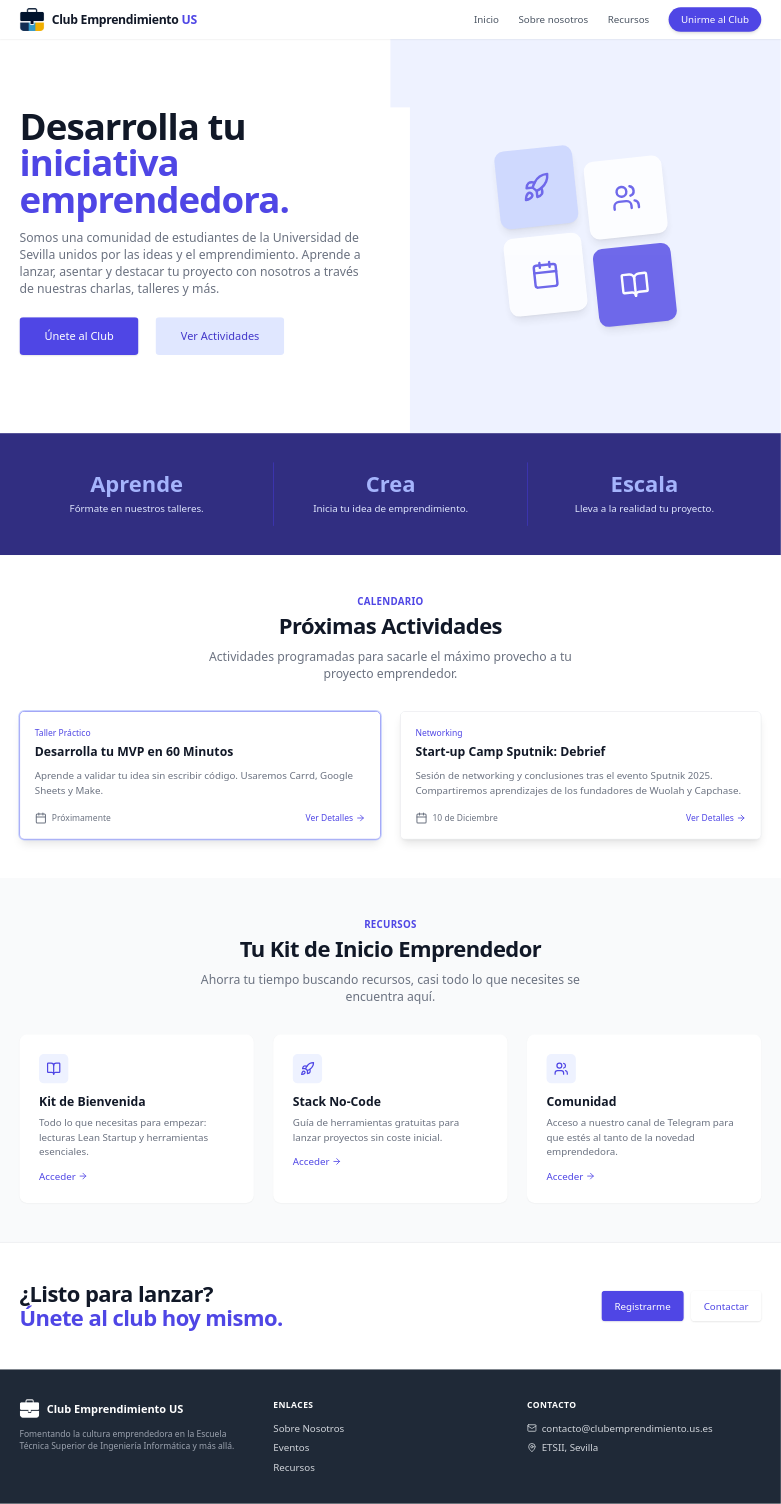
Repository: enerombar/club-emprendimiento-web
Page: /
These files come from the project's save history. The page is drawn as it stood at one moment and after the next save; the edit follows.
The browser window is 1280 px wide. The pictures show the whole page, at 61% of full size.
The project was rebuilt for these pictures with package versions that can differ from the ones it lists, and the page was loaded fresh each time. Also part of the build but not shown: vite.config.js.

Above is the page before, as saved 2025-12-08 00:30:35.

After the next save:
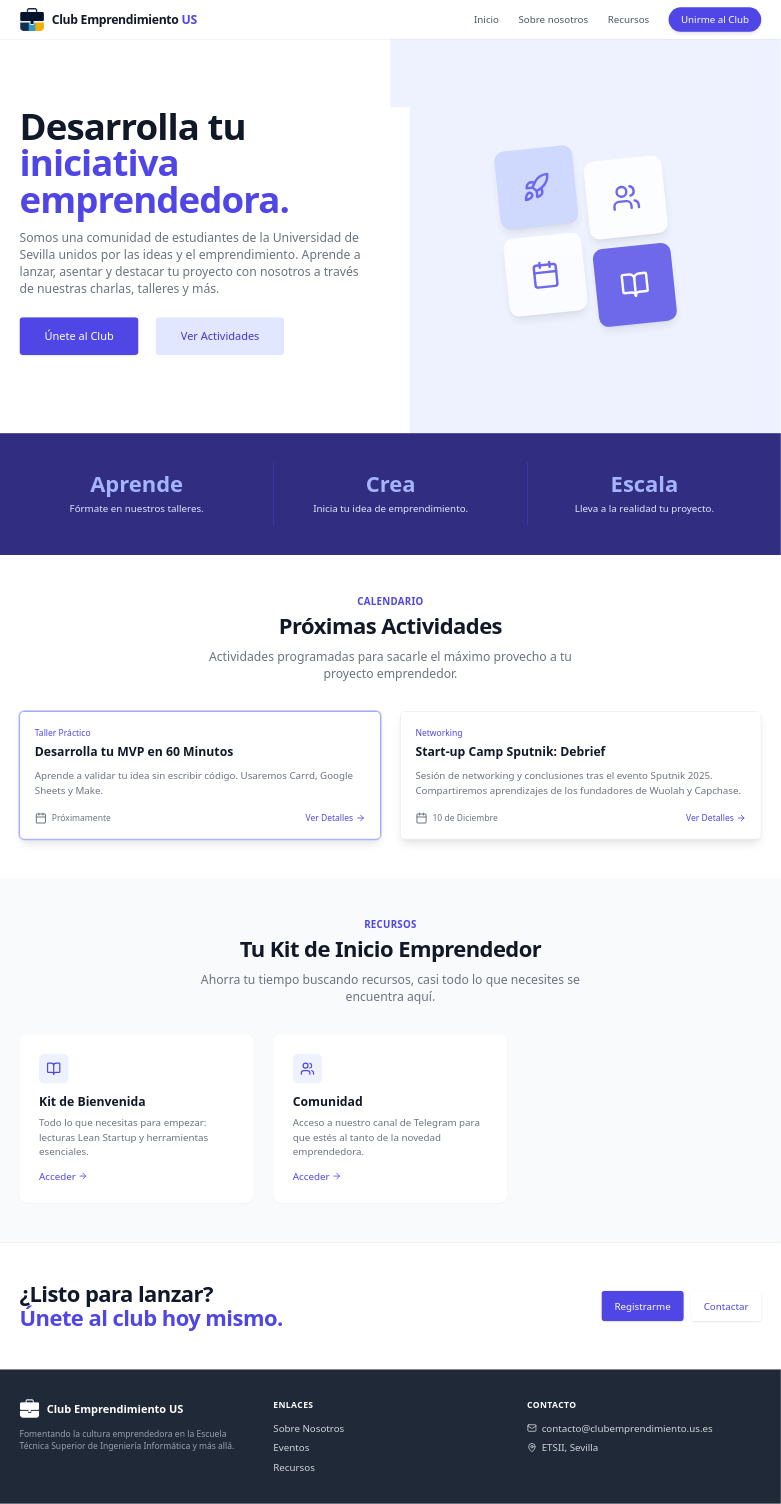
Saved 11 s later.
--- a/src/App.jsx
+++ b/src/App.jsx
@@ -52,12 +52,6 @@ const ClubEmprendimiento = () => {
       icon: <BookOpen className="w-6 h-6 text-indigo-600" />
     },
     {
-      title: "Stack No-Code",
-      desc: "Guía de herramientas gratuitas para lanzar proyectos sin coste inicial.",
-      // Aquí seguimos usando el icono Rocket porque es decorativo de la sección, no el logo
-      icon: <Rocket className="w-6 h-6 text-indigo-600" />
-    },
-    {
       title: "Comunidad",
       desc: "Acceso a nuestro canal de Telegram para que estés al tanto de la novedad emprendedora.",
       icon: <Users className="w-6 h-6 text-indigo-600" />
